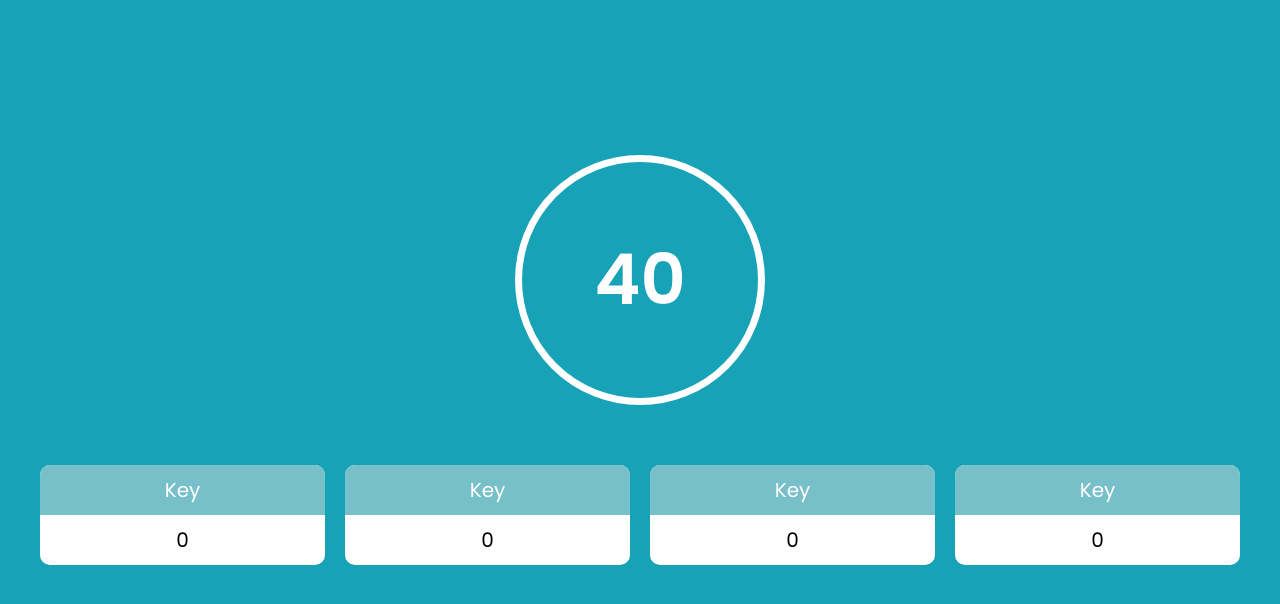
Repository: congnt98/Lean-javascript-in-project
Page: 30Days/6_Keydown/index.html
The author's editor kept a copy of each file at every save. The page is drawn from the files as they stood at one save, then again after a run of saves.
The browser window is 1280 px wide. The pictures show the whole page.

Above is the page before, as saved 2024-02-22 10:32:07.

### 30Days/6_Keydown/index.html
<!DOCTYPE html>
<html lang="en">

<head>
    <meta charset="UTF-8">
    <meta name="viewport" content="width=device-width, initial-scale=1.0">
    <title>Product Card</title>
    <link rel="stylesheet" href="./style.css">
    <link href='https://unpkg.com/boxicons@2.1.4/css/boxicons.min.css' rel='stylesheet'>
    <link
        href="https://fonts.googleapis.com/css2?family=Poppins:ital,wght@0,100;0,200;0,300;0,400;0,500;0,600;0,700;0,800;0,900;1,100;1,200;1,300;1,400;1,500;1,600;1,700;1,800;1,900&display=swap"
        rel="stylesheet">
    <link rel="stylesheet" href="https://cdnjs.cloudflare.com/ajax/libs/font-awesome/6.5.1/css/all.min.css">
</head>

<body>
    <div class="warapper">
        <button class="alert hide">
            Press Any Key
        </button>
        <div class="box">
            <div class="resuft">
                40
            </div>
            <div class="detail">
                <div class="card">
                    <p class="key">Key</p>
                    <p>0</p>
                </div>
                <!-- box-card -->
                <div class="card">
                    <p class="key">Key</p>
                    <p>0</p>
                </div>
                <!-- box-card -->
                <div class="card">
                    <p class="key">Key</p>
                    <p>0</p>
                </div>
                <!-- box-card -->
                <div class="card">
                    <p class="key">Key</p>
                    <p>0</p>
                </div>
                <!-- box-card -->
            </div>

        </div>
    </div>
    <script src="./app.js"></script>
</body>

</html>

### 30Days/6_Keydown/style.css
:root {
    --pink-color: #f26a87;
}

* {
    margin: 0;
    padding: 0;
    box-sizing: border-box;
}

body {
    min-height: 100vh;
    background: #17a2b8;
    color: #fff;
    display: flex;
    justify-content: center;
    align-items: center;
    font-family: "poppins";
}

.hide {
    display: none;
}

.warapper {
    max-width: 1200px;
    margin: 0 auto;
    width: 100%;
    display: flex;
    justify-content: center;
    align-items: center;
    flex-direction: column;
}

.alert {
    font-size: 40px;
    border-radius: 12px;
    padding: 10px 20px;
    background-color: #fff;
    color: #17a2b8;
    outline: none;
    border: none;
}

.box {
    width: 100%;
}

.box .resuft {
    width: 250px;
    height: 250px;
    border: 7px solid #fff;
    border-radius: 50%;
    display: flex;
    justify-content: center;
    align-items: center;
    font-size: 70px;
    font-weight: 600;
    margin-bottom: 60px;
    margin-left: auto;
    margin-right: auto;
}

.box .detail {
    display: flex;
    flex-wrap: wrap;
    --gap: 20px;
    --row-gap: 0;
    --colums: 4;
    margin-right: calc(-1 * var(--gap));
    margin-bottom: calc(-1 * var(--gap));

}

.box .card {
    width: 300px;
    background-color: #Fff;
    border-radius: 10px;
    overflow: hidden;
    margin-right: var(--gap);
    margin-bottom: var(--gap);

    width: calc(100% / var(--colums) - var(--gap));
}

.box .card p {
    padding: 10px;
    text-align: center;
    color: #000;
    font-size: 20px;

}

.box .card p:first-child {
    background-color: #78c0c9;
    color: #fff;
}

@media (max-width:991px) {
    .box .detail {
        --gap: 20px;
        --colums: 2;
    }
}

Loaded but not shown: 30Days/6_Keydown/app.js (no copy from this time; the picture is the same without it)

After the next 2 saves:
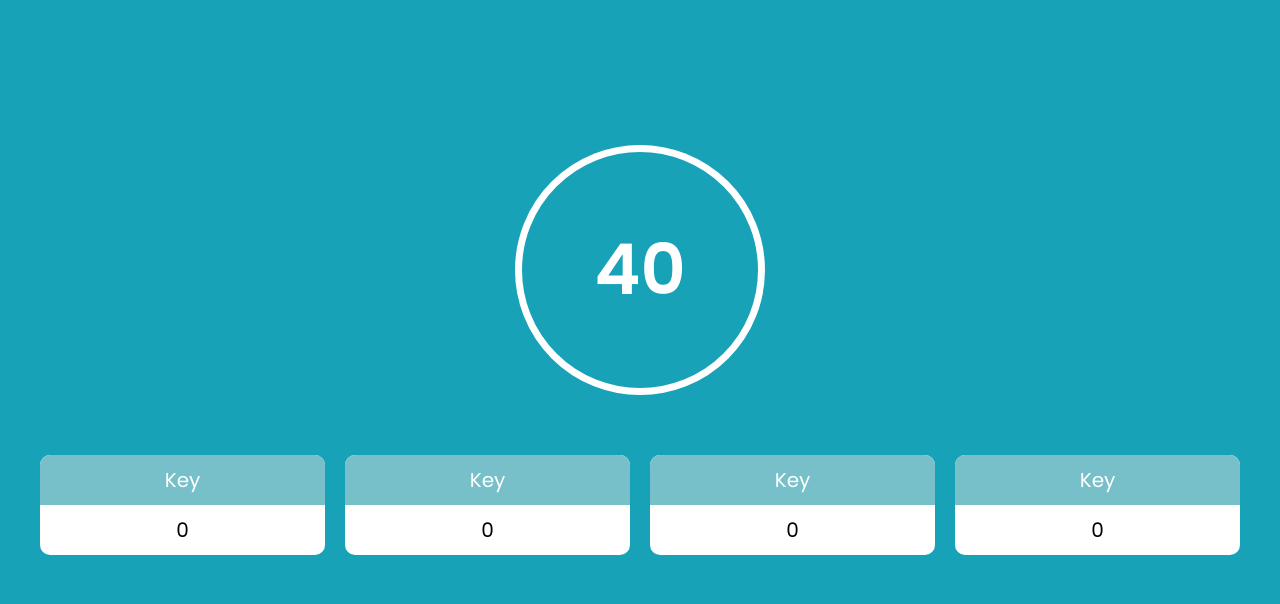
The 2 saves are shown as one change because they came seconds apart.
The last was saved 10 s later.
--- a/30Days/6_Keydown/style.css
+++ b/30Days/6_Keydown/style.css
@@ -68,7 +68,7 @@ body {
     --row-gap: 0;
     --colums: 4;
     margin-right: calc(-1 * var(--gap));
-    margin-bottom: calc(-1 * var(--gap));
+    margin-bottom: calc(-1 * var(--row-gap));
 
 }
 

After the save that followed:
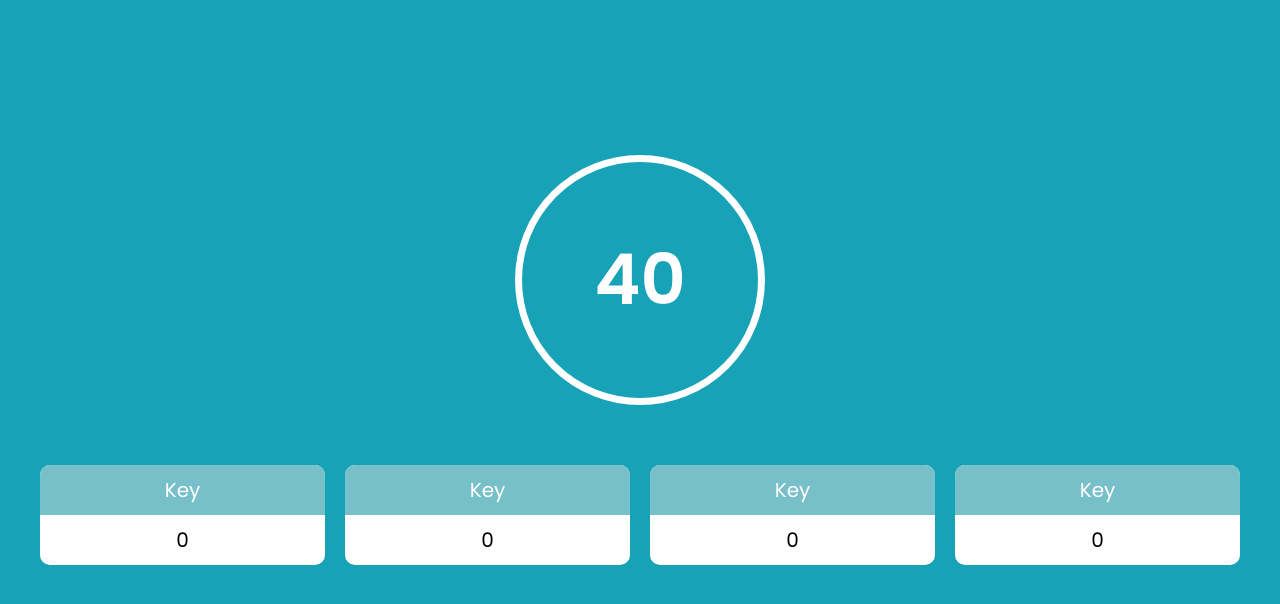
Saved 7 s later.
--- a/30Days/6_Keydown/style.css
+++ b/30Days/6_Keydown/style.css
@@ -78,7 +78,7 @@ body {
     border-radius: 10px;
     overflow: hidden;
     margin-right: var(--gap);
-    margin-bottom: var(--gap);
+    margin-bottom: var(--row-gap);
 
     width: calc(100% / var(--colums) - var(--gap));
 }
